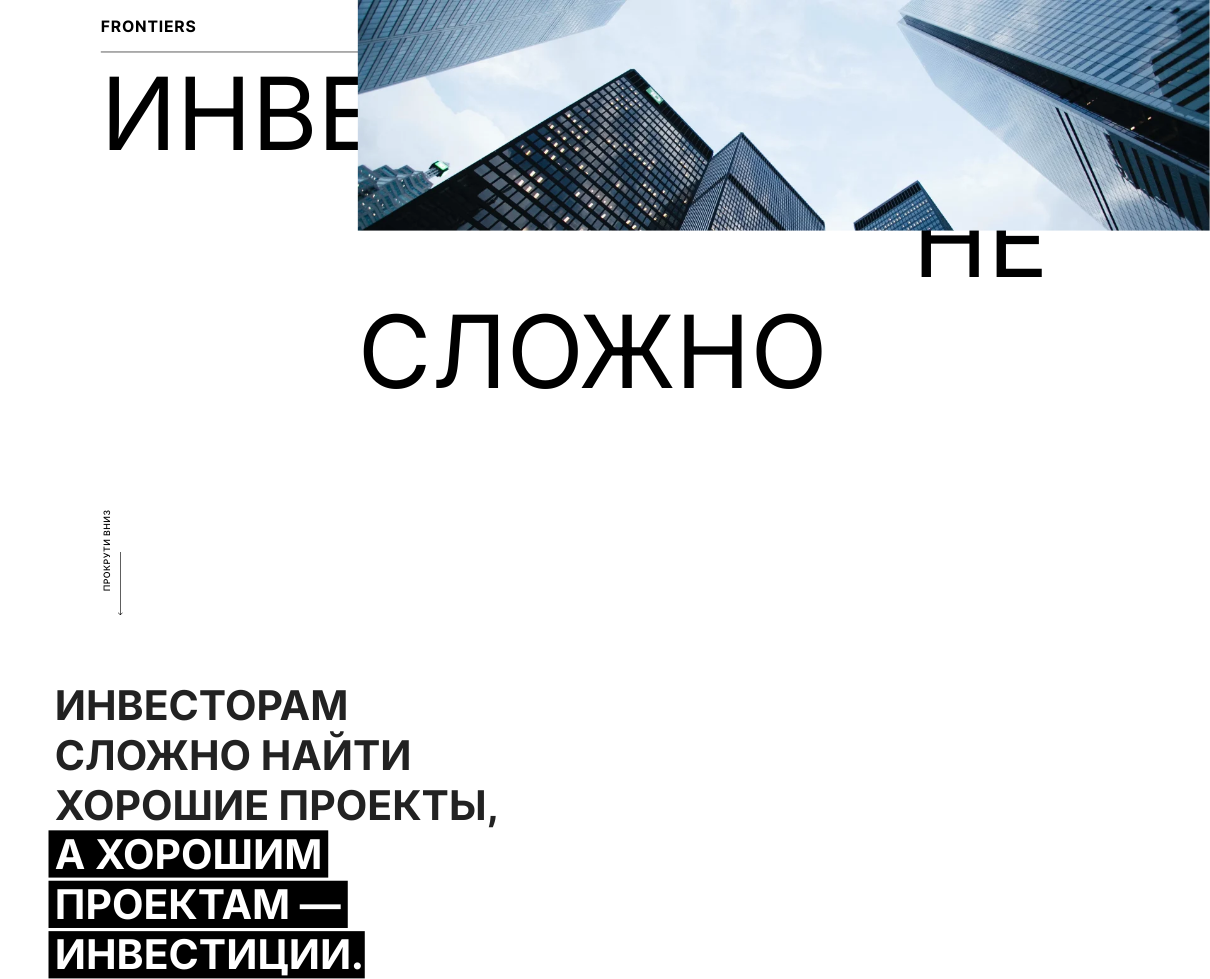
Repository: NadyaKorvin/frontiers
Page: /
The author's editor kept a copy of each file at every save. The page is drawn from the files as they stood at one save, then again after the next save.
The browser window is 1280 px wide. The page is 1920 px wide, so the pictures cover 1920 px, including what lies to the right of the window. The pictures show the whole page, at 63% of full size.
The project was rebuilt for these pictures with package versions that can differ from the ones it lists, and the page was loaded fresh each time.

Above is the page before, as saved 2022-05-23 12:49:50.

### public/index.html
<!DOCTYPE html>
<html lang="en">
  <head>
    <meta charset="utf-8" />
    <link rel="icon" href="%PUBLIC_URL%/favicon.ico" />
    <meta name="viewport" content="width=device-width, initial-scale=1" />
    <meta name="theme-color" content="#000000" />
    <meta name="description" content="Web site created using create-react-app" />
    <link rel="apple-touch-icon" href="%PUBLIC_URL%/logo192.png" />
    <link rel="manifest" href="%PUBLIC_URL%/manifest.json" />
    <link rel="preconnect" href="https://fonts.googleapis.com" />
    <link rel="preconnect" href="https://fonts.gstatic.com" crossorigin />
    <link href="https://fonts.googleapis.com/css2?family=Inter:wght@300;400;500;700&display=swap" rel="stylesheet" />
    <title>FRONTIERS</title>
  </head>
  <body>
    <noscript>You need to enable JavaScript to run this app.</noscript>
    <div id="root"></div>
  </body>
</html>

### src/index.js
import React from "react"
import ReactDOM from "react-dom/client"

import App from "./App"

const root = ReactDOM.createRoot(document.getElementById("root"))
root.render(
  <React.StrictMode>
    <App />
  </React.StrictMode>
)

### src/App.js
import { useState } from "react";
import "./App.css";
import { SecondScreenAnimation } from "./components/secondScreen/SecondScreenAnimation";
import FirstScreenAnimation from "./components/firstScreen/FirstScreenAnimation";

function App() {
  const [mousePosition, setMousePosition] = useState("");

  const listenUpperMousePosition = (event) => {
    console.log(event);
    console.log(event.target);
    setMousePosition(event.target);
  };

  return (
    <>
      <FirstScreenAnimation />
      <div className="App">
        <SecondScreenAnimation listenMousePosition={listenUpperMousePosition} />
      </div>
    </>
  );
}
export default App;

### src/App.css
@import url("./reset.css");
@import url("./components/secondScreen/SecondScreen.css");
@import url("./font/font.css");

body {
  font-family: "Inter";
}

### src/components/secondScreen/SecondScreenAnimation.js
export function SecondScreenAnimation({ listenMousePosition, mousePosition }) {
  let goUp = ""
  const goUpBlackLines = (mousePosition) => {
    if (mousePosition === "animation__text_first_part") {
      goUp = "up"
      return goUp
    }
  }
  goUpBlackLines(mousePosition)
  console.log(goUp)
  return (
    <div className="animation__text_block">
      {goUp != "up" ? (
        <div>
          <div className="animation__text" onMouseOver={listenMousePosition}>
            <p className="animation__text_first_part">Инвесторам сложно найти хорошие проекты,</p>
            <p className="animation__text_second_part">а хорошим проектам — инвестиции.</p>
          </div>
          <div className="animation__black_lines">
            <div className="animation__1th_black_line"></div>
            <div className="animation__2th_black_line"></div>
            <div className="animation__3th_black_line"></div>
          </div>
        </div>
      ) : (
        <div>
          <div className="animation__text" onMouseOver={listenMousePosition}>
            <p className="animation__text_first_part" style={{ color: "#fff" }}>
              Инвесторам сложно найти хорошие проекты,
            </p>
            <p className="animation__text_second_part" style={{ color: "#000" }}>
              а хорошим проектам — инвестиции.
            </p>
          </div>
          <div className="animation__black_lines">
            <div className="animation__1th_black_line" style={{ width: "484px", marginTop: "-475px" }}></div>
            <div className="animation__2th_black_line" style={{ width: "586px" }}></div>
            <div className="animation__3th_black_line" style={{ width: "722px" }}></div>
          </div>
        </div>
      )}
    </div>
  )
}

### src/components/firstScreen/FirstScreenAnimation.js
import React from "react";
import style from "./FirstScreen.module.css";
import image from "../../images/image.webp"

export default function FirstScreenAnimation() {
  const pointer = (
    <svg
      width="8"
      height="101"
      viewBox="0 0 8 101"
      fill="none"
      xmlns="http://www.w3.org/2000/svg"
    >
      <path
        d="M4.35355 100.356C4.15829 100.551 3.84171 100.551 3.64645 100.356L0.464466 97.1735C0.269204 96.9783 0.269204 96.6617 0.464466 96.4664C0.659728 96.2712 0.976311 96.2712 1.17157 96.4664L4 99.2948L6.82843 96.4664C7.02369 96.2712 7.34027 96.2712 7.53553 96.4664C7.7308 96.6617 7.7308 96.9783 7.53553 97.1735L4.35355 100.356ZM3.5 100.002L3.5 0.00195312H4.5L4.5 100.002H3.5Z"
        fill="black"
      />
    </svg>
  );

  return (
    <>
      <section className={style.first__screen}>
        <div className={style.header}>
          <div className={style.logotype}>FRONTIERS</div>
          <nav className={style.nav__sidebar}>
            <ul>Агенство</ul>
            <ul>Кейсы</ul>
            <ul>Услуги</ul>
            <ul>Контакты</ul>
          </nav>
          <div className={style.button}>
            <p className={style.text__btn}>Получить консультацию</p>
          </div>
        </div>
        <div className={style.content}>
          <p>ИНВЕСТИЦИИ</p>
          <p>НЕ</p>
          <p>СЛОЖНО</p>
          <p>
            Мы помогли заработать более 50 млн рублей частным инвесторам в 2021
            году на вложениях в российский бизнес
          </p>
          <p>ПРОКРУТИ ВНИЗ</p>
          <div className={style.content__pointer}>{pointer}</div>
          <img src={image} alt="" />
        </div>
      </section>
    </>
  );
}

### src/reset.css
html,
body,
div,
span,
applet,
object,
iframe,
h1,
h2,
h3,
h4,
h5,
h6,
p,
blockquote,
pre,
a,
abbr,
acronym,
address,
big,
cite,
code,
del,
dfn,
em,
img,
ins,
kbd,
q,
s,
samp,
small,
strike,
strong,
sub,
sup,
tt,
var,
b,
u,
i,
center,
dl,
dt,
dd,
ol,
ul,
li,
fieldset,
form,
label,
legend,
table,
caption,
tbody,
tfoot,
thead,
tr,
th,
td,
article,
aside,
canvas,
details,
embed,
figure,
figcaption,
footer,
header,
hgroup,
menu,
nav,
output,
ruby,
section,
summary,
time,
mark,
audio,
video {
  margin: 0;
  padding: 0;
  border: 0;
  font-size: 100%;
  font: inherit;
  vertical-align: baseline;
}

:focus {
  outline: 0;
}

article,
aside,
details,
figcaption,
figure,
footer,
header,
hgroup,
menu,
nav,
section {
  display: block;
}

body {
  line-height: 1;
}

ol,
ul {
  list-style: none;
}

blockquote,
q {
  quotes: none;
}

blockquote:before,
blockquote:after,
q:before,
q:after {
  content: "";
  content: none;
}

table {
  border-collapse: collapse;
  border-spacing: 0;
}

input[type="search"]::-webkit-search-cancel-button,
input[type="search"]::-webkit-search-decoration,
input[type="search"]::-webkit-search-results-button,
input[type="search"]::-webkit-search-results-decoration {
  -webkit-appearance: none;
  -moz-appearance: none;
}

input[type="search"] {
  -webkit-appearance: none;
  -moz-appearance: none;
  -webkit-box-sizing: content-box;
  -moz-box-sizing: content-box;
  box-sizing: content-box;
}

textarea {
  overflow: auto;
  vertical-align: top;
  resize: vertical;
}

[hidden] {
  display: none;
}

html {
  font-size: 100%; /* 1 */
  -webkit-text-size-adjust: 100%; /* 2 */
  -ms-text-size-adjust: 100%; /* 2 */
}

a:focus {
  outline: thin dotted;
}

a:active,
a:hover {
  outline: 0;
}

img {
  border: 0;
  -ms-interpolation-mode: bicubic;
}

figure {
  margin: 0;
}

form {
  margin: 0;
}

fieldset {
  border: 1px solid #c0c0c0;
  margin: 0 2px;
  padding: 0.35em 0.625em 0.75em;
}

legend {
  border: 0; /* 1 */
  padding: 0;
  white-space: normal; /* 2 */
  *margin-left: -7px; /* 3 */
}

button,
input,
select,
textarea {
  font-size: 100%; /* 1 */
  margin: 0; /* 2 */
  vertical-align: baseline; /* 3 */
  *vertical-align: middle; /* 3 */
}

button,
input {
  line-height: normal;
}

button,
select {
  text-transform: none;
}

button,
html input[type="button"], /* 1 */
input[type="reset"],
input[type="submit"] {
  -webkit-appearance: button; /* 2 */
  cursor: pointer; /* 3 */
  *overflow: visible; /* 4 */
}

button[disabled],
html input[disabled] {
  cursor: default;
}

input[type="checkbox"],
input[type="radio"] {
  box-sizing: border-box; /* 1 */
  padding: 0; /* 2 */
  *height: 13px; /* 3 */
  *width: 13px; /* 3 */
}

input[type="search"] {
  -webkit-appearance: textfield; /* 1 */
  -moz-box-sizing: content-box;
  -webkit-box-sizing: content-box; /* 2 */
  box-sizing: content-box;
}

input[type="search"]::-webkit-search-cancel-button,
input[type="search"]::-webkit-search-decoration {
  -webkit-appearance: none;
}

button::-moz-focus-inner,
input::-moz-focus-inner {
  border: 0;
  padding: 0;
}

textarea {
  overflow: auto; /* 1 */
  vertical-align: top; /* 2 */
}

table {
  border-collapse: collapse;
  border-spacing: 0;
}

html,
button,
input,
select,
textarea {
  color: #222;
}

::-moz-selection {
  background: #b3d4fc;
  text-shadow: none;
}

::selection {
  background: #b3d4fc;
  text-shadow: none;
}

img {
  vertical-align: middle;
}

fieldset {
  border: 0;
  margin: 0;
  padding: 0;
}

textarea {
  resize: vertical;
}

.chromeframe {
  margin: 0.2em 0;
  background: #ccc;
  color: #000;
  padding: 0.2em 0;
}

### src/components/secondScreen/SecondScreen.css
.second__screen_main {
  display: flex;
  justify-content: space-between;
  margin: 0 auto;
  margin-top: 174px;
  /* придкмать решение сделать по центру*/
  display: flex;
  width: 1600px;
  height: 733px;
}

.animation__text_block {
  display: block;
  margin-left: 87px;
}

.animation__text_first_part,
.animation__text_second_part {
  width: 770px;
  text-transform: uppercase;
  font-size: 65px;
  font-weight: 700;
  line-height: 79px;
  transition: 0.6s ease-out;
}

.animation__text_second_part {
  color: #fff;
}

.animation__black_lines {
  margin-left: -10px;
  margin-top: -236px;
}

.animation__1th_black_line {
  margin-bottom: 5px;
  height: 75px;
  width: 444px;
  background-color: #000;
  transition: 0.6s ease-out;
}

.animation__2th_black_line {
  margin-bottom: 5px;
  height: 75px;
  width: 475px;
  background-color: #000;
  transition: 0.6s ease-out;
}
.animation__3th_black_line {
  height: 75px;
  width: 502px;
  background-color: #000;
  transition: 0.6s ease-out;
}

.right__part {
  display: flex;
  margin-left: 190px;
  flex-direction: column;
}

.conversation__image {
  margin-right: 222px;
  display: block;
  width: 400px;
  height: 400px;
  background: url("../secondScreen/people.png");
}

.decoration_marks {
  margin-top: -110px;
  transform: rotate(-180deg);
  font-size: 200px;
  font-weight: 300;
}

.text_paragraph {
  margin-left: 90px;
  width: 431px;
  font-size: 18px;
  font-weight: 400;
  line-height: 23px;
  text-transform: uppercase;
  line-height: 130%;
}

### src/font/font.css
@font-face {
  font-family: "Inter";
  src:
    url("./Inter-Bold.ttf") format("truetype")
    url("./Inter-Bold.woff2") format("woff2"),
    url("./Inter-Bold.woff") format("woff");
  font-weight: 700;
  font-style: normal;
  font-stretch: normal;
  unicode-range: U+0020-E0D0;
}

@font-face {
  font-family: "Inter";
  src:
    url("./Inter-Regular.woff2") format("woff2"),
    url("./Inter-Regular.ttf") format("truetype")
    url("./Inter-Regular.woff") format("woff");
  font-weight: 400;
  font-style: normal;
  font-stretch: normal;
  unicode-range: U+0020-E0D0;
}

@font-face {
    font-family:'Inter Medium';
    src:
        url("./Inter-Medium.ttf") format("truetype")
        url('Inter-Medium.woff2') format('woff2'),
		url('Inter-Medium.woff') format('woff');
    font-weight: 500;
    font-style: normal;
    font-stretch: normal;
    unicode-range: U+0020-E0D0;
}

@font-face {
    font-family:'Inter Light';
    src:
        url("./Inter-Light.ttf") format("truetype")
        url('Inter-Light.woff2') format('woff2'),
		url('Inter-Light.woff') format('woff');
    font-weight: 300;
    font-style: normal;
    font-stretch: normal;
    unicode-range: U+0020-E0D0;
}

### src/components/firstScreen/FirstScreen.module.css
.first__screen {
  width: 1920px;
  height: 1080px;
}

.header {
  width: 1600px;
  height: 82px;
  margin: 0 160px;
  border-bottom: 1px solid #000000;
  display: flex;
}

.logotype {
  width: 151px;
  height: 30px;
  padding-top: 27px;
  font-family: "Inter";
  font-style: normal;
  font-weight: 700;
  font-size: 25px;
  line-height: 30px;
  letter-spacing: 0.05em;
  color: #000000;
}

.nav__sidebar {
  display: flex;
  justify-content: space-between;
  width: 473px;
  padding-top: 33px;
  padding-left: 633px;
}

.button {
  position: absolute;
  width: 243px;
  height: 45px;
  left: 1517px;
  top: 19px;
  background: #000000;
}

.text__btn {
  padding-top: 12px;
  padding-bottom: 12px;
  font-family: "Inter";
  font-style: normal;
  font-weight: 500;
  font-size: 16px;
  line-height: 19px;
  text-align: center;
  color: #ffffff;
}

.content > p {
  position: absolute;
  font-family: "Inter";
  font-style: normal;
  font-weight: 400;
  font-size: 160px;
  line-height: 194px;
  text-transform: uppercase;
  color: #000000;
}

p:nth-child(1) {
  top: 83px;
  left: 160px;
}

p:nth-child(2) {
  top: 285px;
  left: 1449px;
}

p:nth-child(3) {
  top: 461px;
  left: 568px;
}

p:nth-child(4) {
  width: 265px;
  height: 90px;
  top: 118px;
  left: 1464px;
  box-sizing: content-box;
  font-family: "Inter";
  font-style: normal;
  font-weight: 500;
  font-size: 14px;
  line-height: 130%;
  text-transform: uppercase;
  color: #000000;
}

p:nth-child(5) {
  position: absolute;
  width: 130px;
  height: 17px;
  left: 104px;
  top: 865px;
  font-family: "Inter";
  font-style: normal;
  font-weight: 500;
  font-size: 14px;
  line-height: 17px;
  letter-spacing: 0.05em;
  color: #000000;
  transform: rotate(-90deg);
}

.content__pointer {
    position: absolute;
    top: 876px;
    left: 187px;
}

img {
  position: absolute;
  top: 0px;
  left: 568px;
}

After the next save:
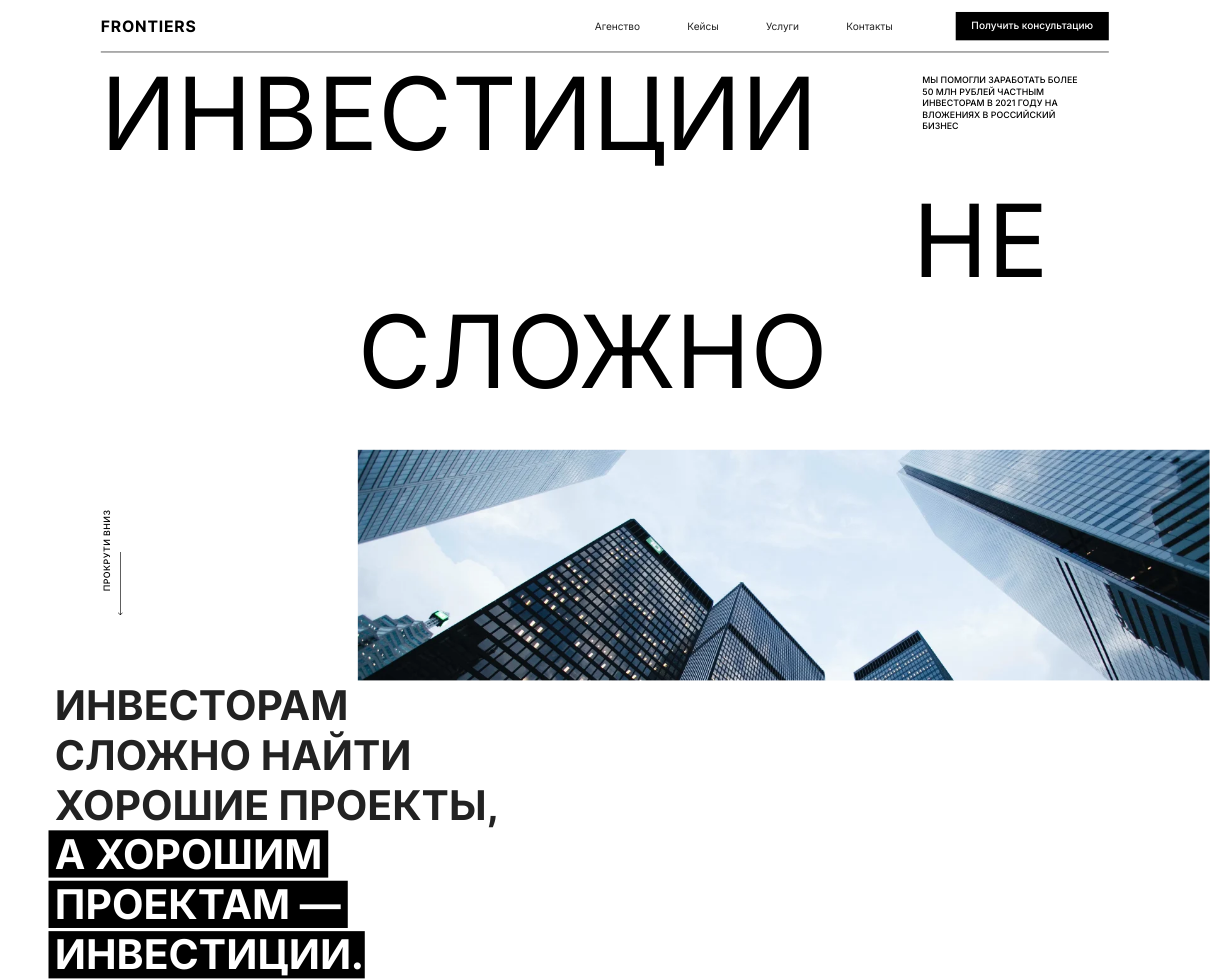
Saved 17 s later.
--- a/src/components/firstScreen/FirstScreen.module.css
+++ b/src/components/firstScreen/FirstScreen.module.css
@@ -118,6 +118,6 @@ p:nth-child(5) {
 
 img {
   position: absolute;
-  top: 0px;
+  top: 714px;
   left: 568px;
 }
